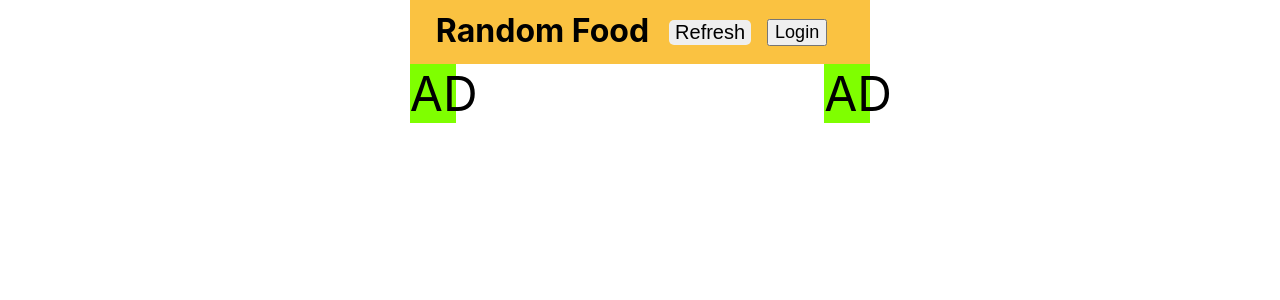
Repository: limjoohyun2030/random-food
Page: /random-food/home
An editor plug-in stored every save of this project. The page is shown before and after the next save, followed by the edit.
The browser window is 1280 px wide. The pictures show the whole page.
The page's requests for data from a server got no answer. The project was rebuilt for these pictures with package versions that can differ from the ones it lists, and the page was loaded fresh each time. A package was used in the major version that the imports need, not the one package.json lists. No one was signed in, and anything a server would have sent is missing. Also part of the build but not shown: src/components/food_detail/food_detail.module.css, src/components/food_detail/food_detail.jsx, src/components/food_item/food_item.module.css, src/components/food_item/food_item.jsx, src/components/login/login.module.css, src/components/login/login.jsx.

Above is the page before, as saved 2021-11-11 17:03:41.

### public/index.html
<!DOCTYPE html>
<html lang="en">
  <head>
    <meta charset="utf-8" />
    <link rel="icon" href="/images/foodIcon.ico" />
    <meta name="viewport" content="width=device-width, initial-scale=1" />
    <meta name="theme-color" content="#000000" />
    <meta
      name="description"
      content="Web site created using create-react-app"
    />

    <title>Random Food</title>
  </head>
  <body>
    <noscript>You need to enable JavaScript to run this app.</noscript>
    <div id="root"></div>
  </body>
</html>

### src/index.js
import React from "react";
import ReactDOM from "react-dom";
import "./index.css";
import App from "./app";
import AuthService from "./service/auth_service";

const authService = new AuthService();

ReactDOM.render(
  <React.StrictMode>
    <App authService={authService} />
  </React.StrictMode>,
  document.getElementById("root")
);

### src/index.css
body {
  margin: 0;
  padding: 0;
  font-family: -apple-system, BlinkMacSystemFont, "Segoe UI", "Roboto", "Oxygen",
    "Ubuntu", "Cantarell", "Fira Sans", "Droid Sans", "Helvetica Neue",
    sans-serif;
  -webkit-font-smoothing: antialiased;
  -moz-osx-font-smoothing: grayscale;
}

code {
  font-family: source-code-pro, Menlo, Monaco, Consolas, "Courier New",
    monospace;
}

* {
  box-sizing: border-box;
}

#root {
  display: flex;
  justify-content: center;
}

### src/app.jsx
import { useEffect, useState, useRef } from "react";
import { BrowserRouter, Route, Switch } from "react-router-dom";
import styles from "./app.module.css";
import FoodDetail from "./components/food_detail/food_detail";
import FoodList from "./components/food_list/food_list";
import Header from "./components/header/header";
import Login from "./components/login/login";


function App({ authService }) {
  const ref = useRef();
  const [foods, setFoods] = useState([]);
  const [isSelectedFood, setIsSelectedFood] = useState();
  const [isFoodOpen, setIsFoodOpen] = useState(false);
  const [isRefresh, setIsRefresh] = useState(false);

  const selectFood = (food) => {
    setIsSelectedFood(food);
  };

  const onRefreshClick = () => {
    setIsRefresh((oldstate) => !oldstate);
  };

  useEffect(() => {
    const myHeaders = new Headers();
    myHeaders.append("Content-Type", "application/json");

    const requestOptions = {
      method: "GET",
      headers: myHeaders,
      redirect: "follow",
    };

    fetch(
      "https://api.spoonacular.com/recipes/random?number=4&apiKey=92cedfb0b9e844679738e6c6c90cd453",
      requestOptions
    )
      .then((response) => response.json())
      .then((result) => setFoods(result.recipes))
      .catch((error) => console.log("error", error));
  }, [isRefresh]);

  useEffect(() => {
    const checkIfClickedOutside = (e) => {
      if (isFoodOpen && ref.current && !ref.current.contains(e.target)) {
        setIsFoodOpen(false);
      }
    };

    document.addEventListener("mousedown", checkIfClickedOutside);

    return () => {
      document.removeEventListener("mousedown", checkIfClickedOutside);
    };
  }, [isFoodOpen]);

  return (
    <div className={styles.app}>
      <BrowserRouter>
        <Switch>
          <Route
            exact
            path="/random-food/"
            render={() => <Login authService={authService} />}
          />

          <Route
            path="/random-food/home"
            render={() => (
              <div>
                <Header onRefreshClick={onRefreshClick} />
                <section>
                  <div className={styles.detail}>
                    {isFoodOpen && <FoodDetail food={isSelectedFood} />}
                  </div>

                  <div
                    className={styles.list}
                    onClick={() => setIsFoodOpen((oldstate) => !oldstate)}
                  >
                    <FoodList
                      foods={foods}
                      onFoodClick={selectFood}
                      ref={ref}
                    />
                  </div>
                </section>
              </div>
            )}
          />
          <Route path="*">
            <h2>Page Not Found</h2>
          </Route>
        </Switch>
      </BrowserRouter>
    </div>
  );
}

export default App;

### src/service/auth_service.js
import firebase from "firebase";
import firebaseApp from "./firebase";

class AuthService {
  login() {
    const authProvider = new firebase.auth.GoogleAuthProvider();
    return firebaseApp.auth().signInWithPopup(authProvider);
  }
}

export default AuthService;

### src/app.module.css
/* @value makerLightOrange from './common/colors.css'; */

.app {
  max-width: 100rem;
  /* background-image: url("https://image.freepik.com/free-photo/spaghetti-with-spicy-mixed-seafood-dark-background_1150-45297.jpg"); */
  background-repeat: no-repeat;
  background-size: 100vw 100vh;
}

.content {
  position: relative;
}

.detail {
  z-index: 2;
  /* margin: auto 0; */
  margin-top: 5px;
  height: 520px;
  width: auto;
  position: absolute;
  background-color: #dfe08e;
}

.list {
  /* visibility: hidden; */
  z-index: 1;
}

### src/components/food_list/food_list.jsx
import React from "react";
import FoodItem from "../food_item/food_item";
import styles from "./food_list.module.css";

const FoodList = React.forwardRef(({ foods, onFoodClick }, ref) => {
  return (
    <section className={styles.foodBox}>
      <div className={styles.sidebarLeft}>AD</div>
      <ul className={styles.foods}>
        {foods &&
          foods.map((food) => (
            <FoodItem
              key={food.id}
              food={food}
              onFoodClick={onFoodClick}
              ref={ref}
            />
          ))}
      </ul>
      <div className={styles.sidebarRight}>AD</div>
    </section>
  );
});

export default FoodList;

### src/components/header/header.jsx
import styles from "./header.module.css";
import React from "react";

const Header = ({ onRefreshClick }) => {
  return (
    <header className={styles.header}>
      <div className={styles.leftbox}>
        {/* <img
          className={styles.foodIcon}
          src="https://github.com/Sweetpotatopizza/random-food/blob/main/public/images/reloadIcon.png"
          alt="logo"
        /> */}
        <h1 className={styles.title}>Random Food</h1>
        <button className={styles.reloadBox} onClick={onRefreshClick}>
          Refresh
          {/* <img
            className={styles.reloadBtn}
            src="/images/reload.png"
            alt="reload"
          /> */}
        </button>
      </div>
      {/* fontawesome needed */}
      <div className={styles.rightbox}>
        {/* <button className={styles.like}>Like</button> */}
        <button className={styles.login}>Login</button>
      </div>
    </header>
  );
};

export default Header;

### src/service/firebase.js
// Import the functions you need from the SDKs you need
// import { initializeApp } from "firebase/app";
import firebase from "firebase";

// TODO: Add SDKs for Firebase products that you want to use
// https://firebase.google.com/docs/web/setup#available-libraries

// Your web app's Firebase configuration
// For Firebase JS SDK v7.20.0 and later, measurementId is optional
const firebaseConfig = {
  apiKey: process.env.REACT_APP_FIREBASE_API_KEY,
  authDomain: process.env.REACT_APP_FIREBASE_AUTH_DOMAIN,
  databaseURL: process.env.REACT_APP_FIREBASE_DB_URL,
  projectId: process.env.REACT_APP_FIREBASE_PROJECT_ID,
  appId: process.env.REACT_APP_FIREBASE_APP_ID,
};

// console.log(process.env.REACT_APP_FIREBASE_API_KEY);
// Initialize Firebase
const firebaseApp = firebase.initializeApp(firebaseConfig);
export default firebaseApp;

### src/components/food_list/food_list.module.css
.foodBox {
  display: flex;
}

.foods {
  display: flex;
  flex-wrap: wrap;
  list-style: none;
  justify-content: center;
  align-items: center;
  width: 80%;
  margin: 0 auto;
  padding: 0;
}

.sidebarLeft {
  background-color: chartreuse;
  font-size: 3em;
  width: 10%;
  cursor: pointer;
}

.sidebarRight {
  background-color: chartreuse;
  font-size: 3em;
  width: 10%;
  cursor: pointer;
}

@media screen and (max-width: 769px) {
  .foods {
    flex-direction: column;
    flex-wrap: nowrap;
    width: 100%;
  }
}

### src/components/header/header.module.css
/* @value makerOrange from '../../common/colors.css'; */

.header {
  display: flex;
  height: 4rem;
  padding: 0.8em 1em;
  background-color: #fac241;
  align-items: center;
  justify-content: space-between;
}

.leftbox {
  display: flex;
  align-items: center;
  margin-right: 1em;
}

.title {
  margin-top: 19px;
  margin-left: 10px;
}

.foodIcon {
  width: 50px;
  height: 50px;
}

.reloadBox {
  font-size: 20px;
  border-radius: 5px;
  border: none;
  margin-left: 1em;
  transition: transform 200ms ease-in-out;
}

.reloadBox:hover {
  cursor: pointer;
  transform: scale(1.07);
}

.reloadBtn {
  width: 40px;
  height: 40px;
}

.reloadBtn:hover {
  cursor: pointer;
  animation-name: spin;
  animation-duration: 2000ms;
  animation-iteration-count: infinite;
  animation-timing-function: linear;
}

@keyframes spin {
  from {
    transform: rotate(0deg);
  }
  to {
    transform: rotate(360deg);
  }
}

.like {
  margin-right: 1.5em;
  font-size: large;
  cursor: pointer;
  transition: transform 200ms ease-in-out;
}

.like:hover {
  transform: scale(1.07);
}

.login {
  margin-right: 1.5em;
  font-size: large;
  cursor: pointer;
}

After the next save:
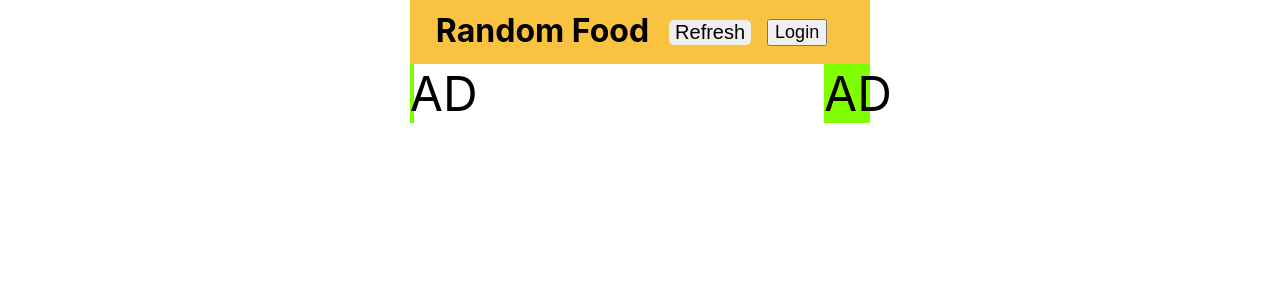
Saved 7 s later.
--- a/src/components/food_list/food_list.module.css
+++ b/src/components/food_list/food_list.module.css
@@ -16,7 +16,7 @@
 .sidebarLeft {
   background-color: chartreuse;
   font-size: 3em;
-  width: 10%;
+  width: 1%;
   cursor: pointer;
 }
 

After the save that followed:
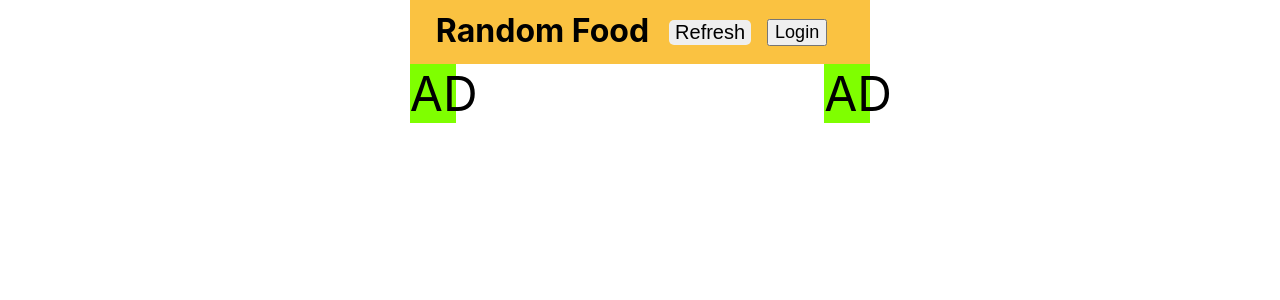
Saved 5 s later.
--- a/src/components/food_list/food_list.module.css
+++ b/src/components/food_list/food_list.module.css
@@ -16,7 +16,7 @@
 .sidebarLeft {
   background-color: chartreuse;
   font-size: 3em;
-  width: 1%;
+  width: 10%;
   cursor: pointer;
 }
 
